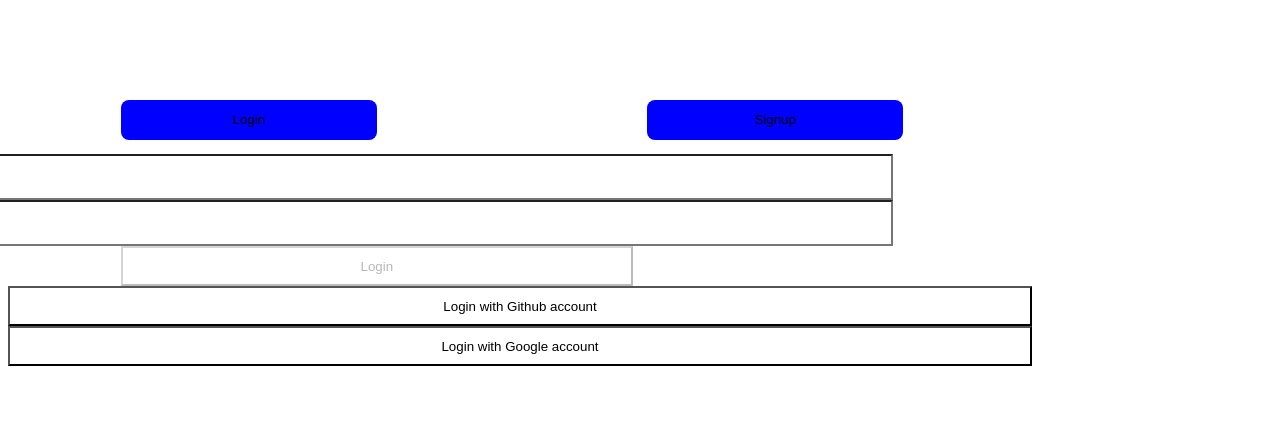
Repository: ValGrace/static-site-generator
Page: /home (app in client-frontend/)
These files come from the project's save history. The page is drawn as it stood at one moment and after the next save; the edit follows.
The browser window is 1280 px wide. The pictures show the whole page.
The project was rebuilt for these pictures with package versions that can differ from the ones it lists, and the page was loaded fresh each time. Also part of the build but not shown: client-frontend/vite.config.js, client-frontend/src/Components/Signup.jsx, client-frontend/src/App.css.

Above is the page before, as saved 2023-02-04 13:00:05.

### client-frontend/index.html
<!DOCTYPE html>
<html lang="en">
  <head>
    <meta charset="UTF-8" />
    <link rel="icon" type="image/svg+xml" href="/vite.svg" />
    <meta name="viewport" content="width=device-width, initial-scale=1.0" />
    <title>Static Site Generator</title>
  </head>
  <body>
    <div id="root"></div>
    <script type="module" src="/src/main.jsx"></script>
  </body>
</html>

### client-frontend/src/App.jsx
import Dashboard from './Pages/Dashboard'
import './App.css'

function App() {


  return (
    <div className="App">
      <Dashboard />
    </div>
  )
}

export default App

### client-frontend/src/index.css
:root {
  font-family: Inter, system-ui, Avenir, Helvetica, Arial, sans-serif;
  line-height: 1.5;
  font-weight: 400;

  color-scheme: light dark;
  color: rgba(255, 255, 255, 0.87);
  background-color: #ffffff;

  font-synthesis: none;
  text-rendering: optimizeLegibility;
  -webkit-font-smoothing: antialiased;
  -moz-osx-font-smoothing: grayscale;
  -webkit-text-size-adjust: 100%;
}

### client-frontend/src/Pages/Dashboard.jsx
import { useReducer} from 'react'
import Login from '../Components/Login'
import Signup from '../Components/Signup'

const initialState = {page : <Login />}
function reducer(state, action) {
    switch(action.type) {
        case 'loginpage':
          return { page: <Login />}
        case 'signuppage':
            return { page: <Signup />}
        default:
            return { page: <h2>Loading....</h2>}
    }
}
const Dashboard = () => {
    const [state, dispatch] = useReducer(reducer, initialState)
    return (
        <>
         <h2>Static Site Generator</h2>
         <div>Static site Image</div>
         <div>
            <div className='toggleForms'>
                <button onClick={() => dispatch({type: 'loginpage'})} className="type-btn">Login</button>
                <button onClick={() => dispatch({type: 'signuppage'})
                } className="type-btn">Signup</button>
            <div>{state.page}</div>
            </div>
            <button id="auth-btns">Login with Github account</button>
            <button id="auth-btns">Login with Google account</button>
         </div>
       </>
    )
}

export default Dashboard

### client-frontend/src/Components/Login.jsx
import { useRef, useState } from 'react'
import "./Inputs.css"
const Login = () => {
    const emailRef = useRef()
    const passwordRef = useRef()
    const [loading, setLoading] = useState(true)
    const LoginSession = () => {

    }
    return (
    <form onSubmit={LoginSession} className="signupForm">
        <input type='email' placeholder='email address' ref={emailRef} />
        <input type='password' placeholder='password' ref={passwordRef} />
        <button disabled={loading} type='submit' id='sign'>Login</button>
    </form>
    )
}

export default Login

### client-frontend/src/Components/Inputs.css
.signupForm {
   display: flex;
   flex-direction: column;
   justify-content: center;
   align-items: center;
}
input, button {
    width: 80vw;
    height: 3em;
    background-color: transparent;
}

#sign {
   width: 40vw;
}

.toggleForms {
    display: grid;
    grid-template-columns: 40vw 40vw;
    gap: 0.9em;
    justify-content: center;
    align-items: center;
}

.type-btn {
    background-color: blue;
    border: none;
    width: 20vw;
    border-radius: 8px;
}

Loaded but not shown: client-frontend/src/main.jsx (common file)

After the next save:
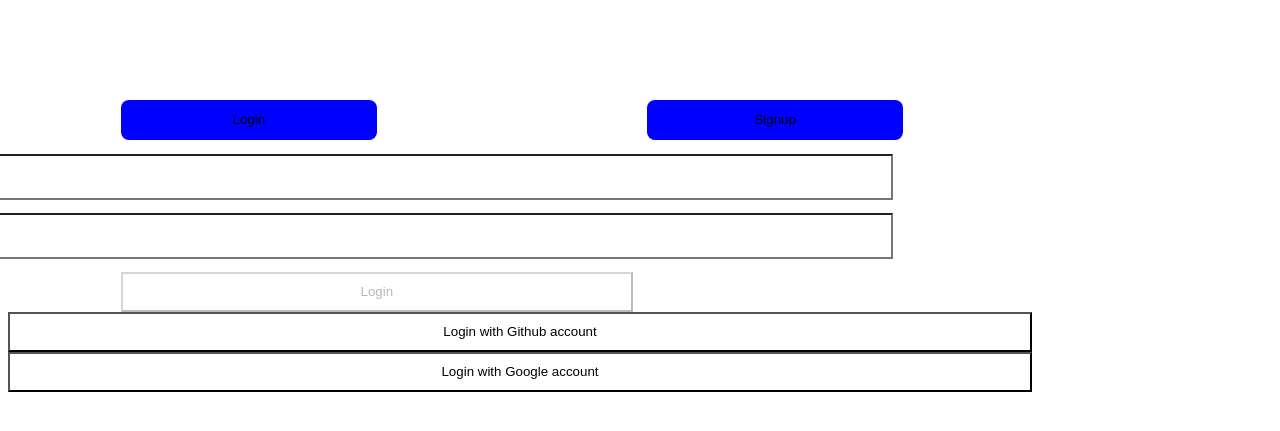
Saved 101 s later.
--- a/client-frontend/src/Components/Inputs.css
+++ b/client-frontend/src/Components/Inputs.css
@@ -3,6 +3,7 @@
    flex-direction: column;
    justify-content: center;
    align-items: center;
+   gap: 0.8em;
 }
 input, button {
     width: 80vw;
